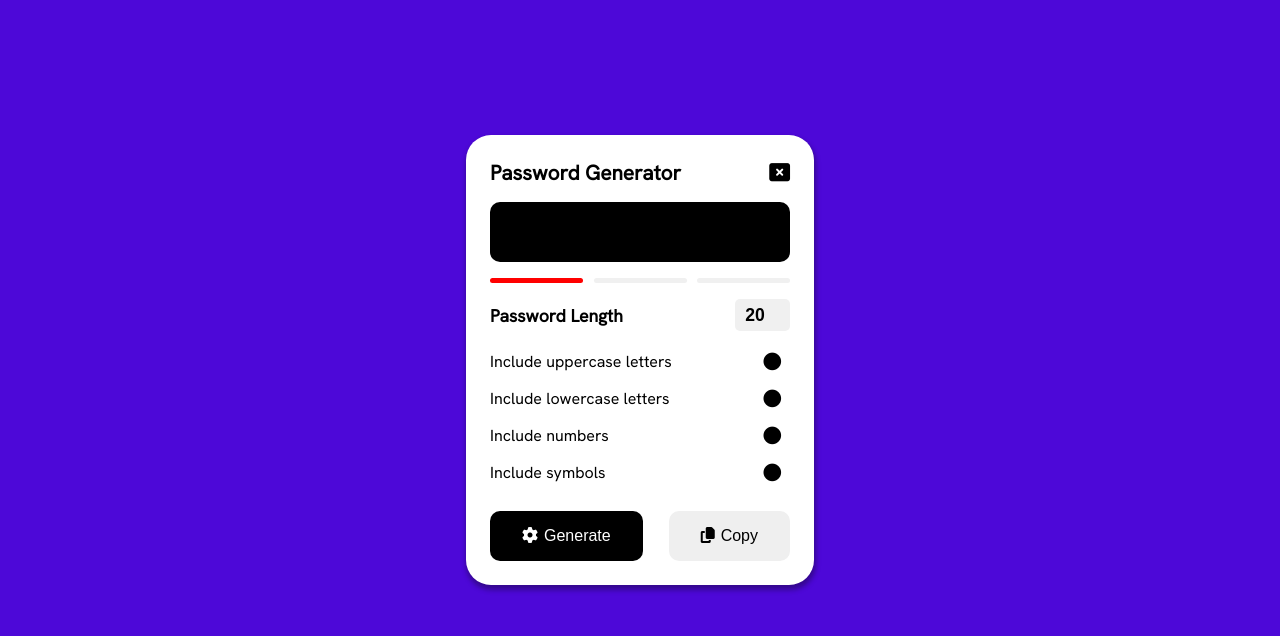
Repository: emiliaiwu/password_generator
Page: index.html
These files come from the project's save history. The page is drawn as it stood at one moment and after the next save; the edit follows.
The browser window is 1280 px wide. The pictures show the whole page.
Some web libraries are served in a nearby version.

Above is the page before, as saved 2022-12-17 21:21:30.

After the next save:
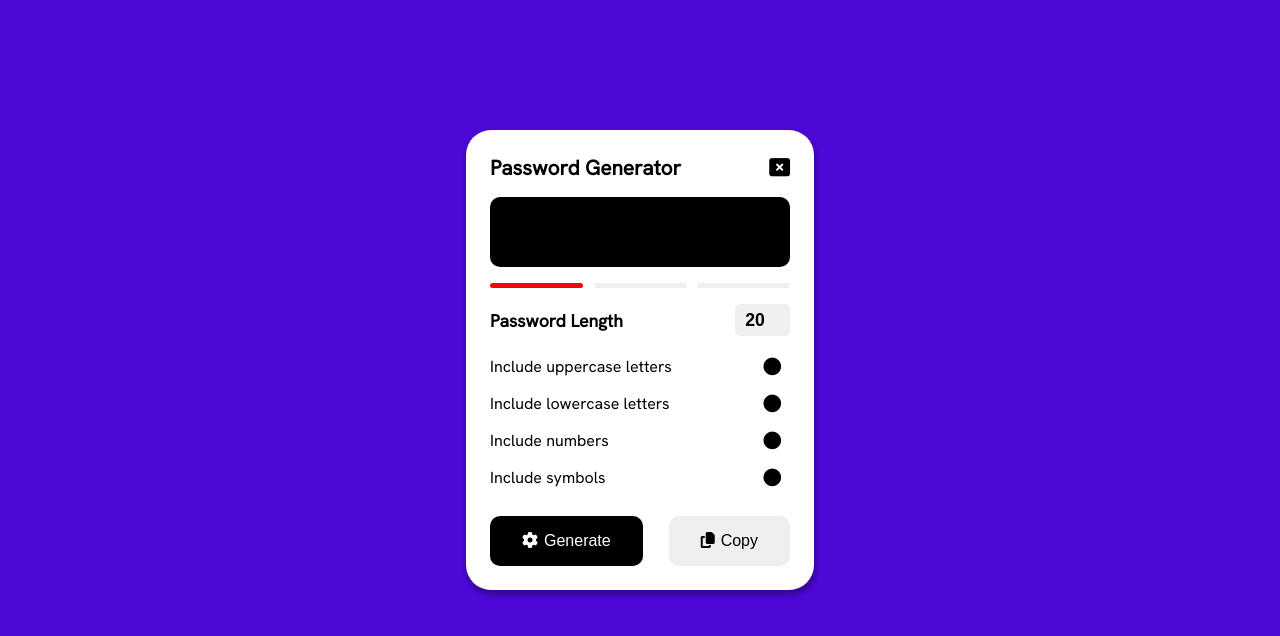
Saved 9 s later.
--- a/style.css
+++ b/style.css
@@ -78,7 +78,7 @@ label,
 .display_password {
     padding: 1.5rem;
     width: 300px;
-    height: 60px;
+    height: 70px;
     border-radius: 10px;
     background: var(--BG-COLOR2);
     color: var(--FONT-COLOR2);
